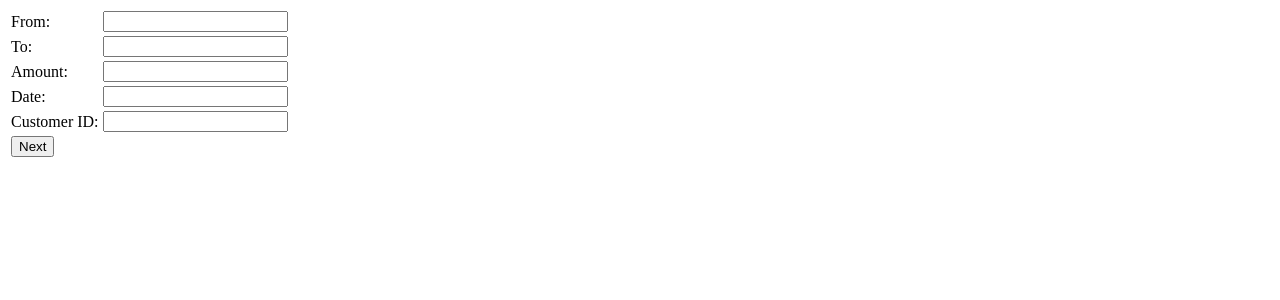
Repository: Yogashree-v-h-27/Ticket_Booking_webApp
Page: Ticket_Booking/WebContent/ticket.html
These files come from the project's save history. The page is drawn as it stood at one moment and after the next save; the edit follows.
The browser window is 1280 px wide. The pictures show the whole page.

Above is the page before, as saved 2021-06-16 10:24:18.

After the next save:
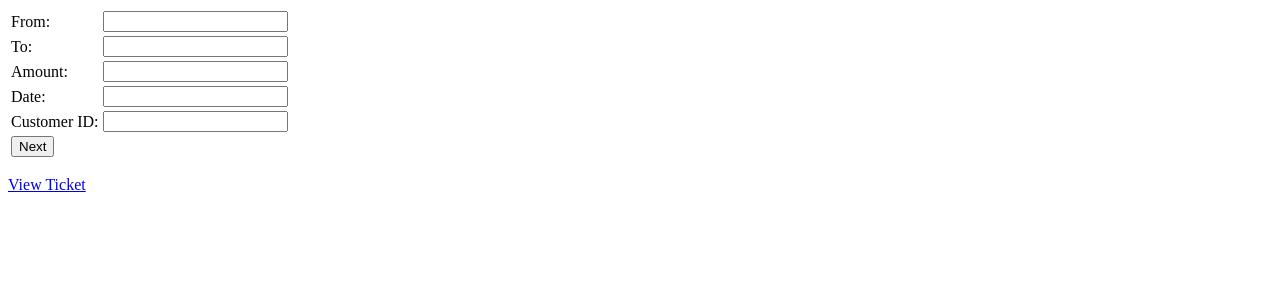
Saved 7 min 41 s later.
--- a/Ticket_Booking/WebContent/ticket.html
+++ b/Ticket_Booking/WebContent/ticket.html
@@ -15,5 +15,6 @@
 <tr><td><input type="button" value="Next"/></td></tr>
 </table>
 </form>
+<p><a href="viewticket">View Ticket</a></p>
 </body>
 </html>
